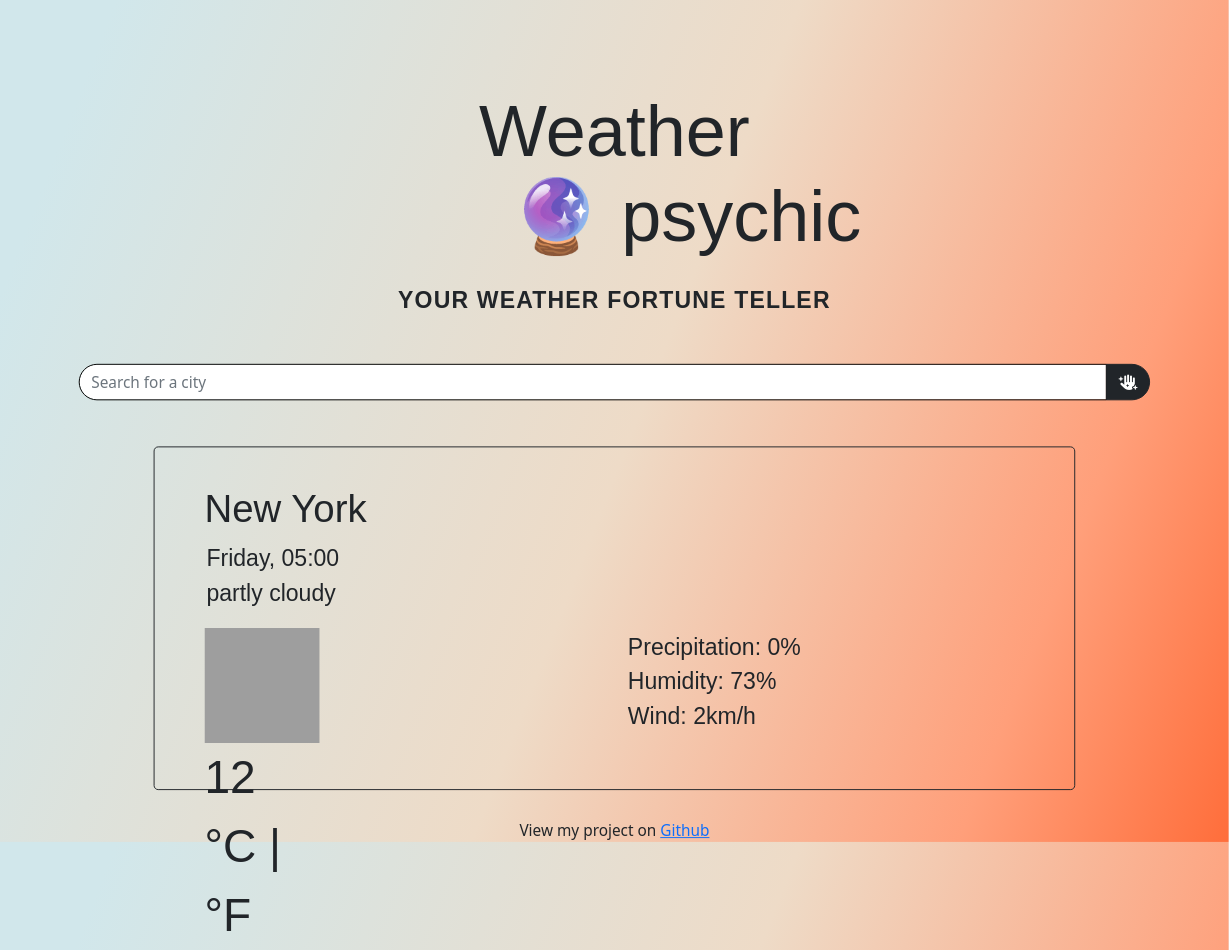
Repository: kathrin-aigner/vanilla-weather-app
Page: index.html
An editor plug-in stored every save of this project. The page is shown before and after the next save, followed by the edit.
The browser window is 1280 px wide. The pictures show the whole page, at 96% of full size.
Pictures or frames that could not be fetched are drawn as grey boxes. Some web fonts or font styles are not loaded; a fallback is used. Some web libraries are served in a nearby version.

Above is the page before, as saved 2022-01-24 15:47:31.

After the next save:
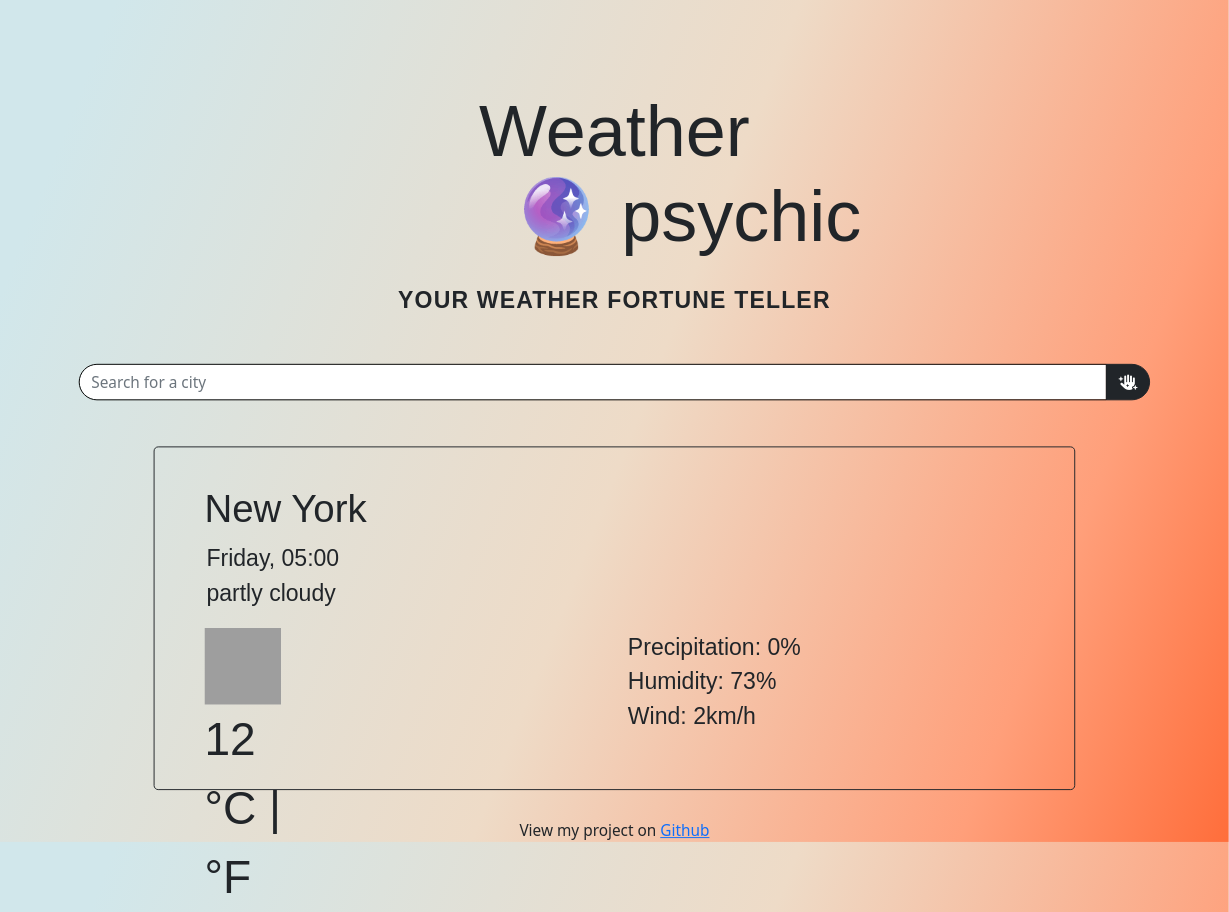
Saved 28 s later.
--- a/src/styles.css
+++ b/src/styles.css
@@ -67,8 +67,8 @@
 .float-left {
   font-family: "Tenor Sans", sans-serif;
   font-size: 48px;
-  width: 120px;
-  height: 120px;
+  width: 80px;
+  height: 80px;
 }
 
 .weather-temp img {
@@ -77,7 +77,3 @@
   height: 120px;
   width: 120px;
 }
-.img float-left {
-  width: 120px;
-  height: 120px;
-}
